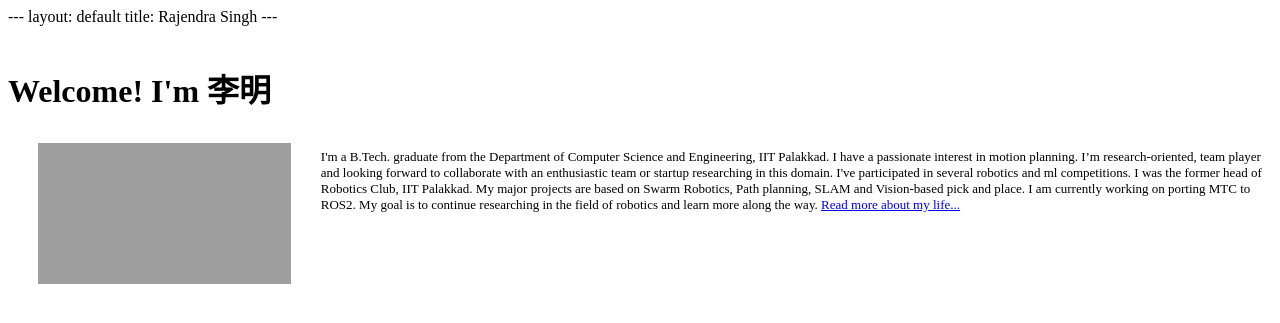
Repository: lm101845/lm101845.github.io
Page: index.html
An editor plug-in stored every save of this project. The page is shown before and after the next save, followed by the edit.
The browser window is 1280 px wide. The pictures show the whole page.
Pictures or frames that could not be fetched are drawn as grey boxes.

Above is the page before, as saved 2021-08-07 16:21:33.

After the next save:
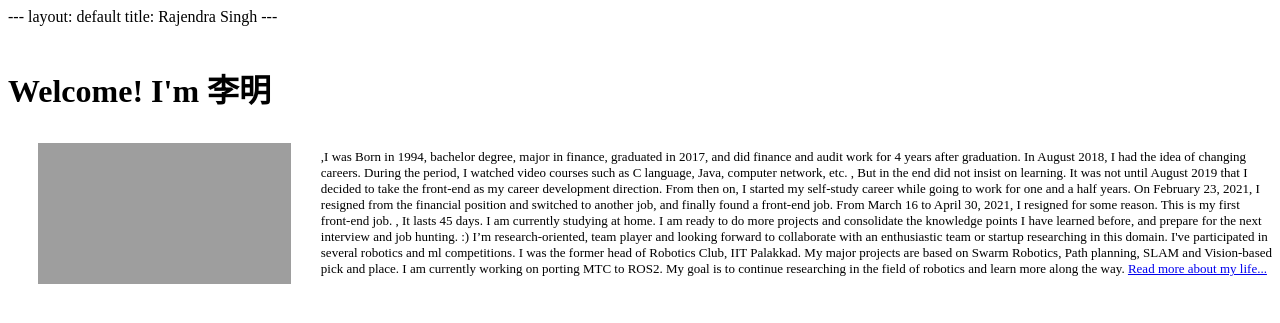
Saved 40 s later.
--- a/index.html
+++ b/index.html
@@ -1,7 +1,7 @@
 <!--
  * @Author: liming
  * @Date: 2021-08-07 15:46:06
- * @LastEditTime: 2021-08-07 16:21:32
+ * @LastEditTime: 2021-08-07 16:22:13
  * @FilePath: \lm101845.github.io\index.html
 -->
 ---
@@ -13,8 +13,15 @@ title: Rajendra Singh
 	<h1> Welcome!  I'm 李明</h1>
 <!-- 	height="230" width="185" -->
 	<font size="2.5"><p><img src="images/Profile_round_faceapp.png" style='height: 20%; width: 20%' align="left" border="0" HSPACE="30" VSPACE="10" />
-		<br/>I'm a B.Tech. graduate from the Department of Computer Science and Engineering, IIT Palakkad.
-		I have a passionate interest in motion planning.
+		<br/>,I was Born in 1994, bachelor degree, major in finance, graduated in 2017, and did finance and audit work for 4 years after graduation.
+
+In August 2018, I had the idea of changing careers. During the period, I watched video courses such as C language, Java, computer network, etc. , But in the end did not insist on learning.
+
+It was not until August 2019 that I decided to take the front-end as my career development direction. From then on, I started my self-study career while going to work for one and a half years.
+
+On February 23, 2021, I resigned from the financial position and switched to another job, and finally found a front-end job. From March 16 to April 30, 2021, I resigned for some reason. This is my first front-end job. , It lasts 45 days.
+
+I am currently studying at home. I am ready to do more projects and consolidate the knowledge points I have learned before, and prepare for the next interview and job hunting. :)
 <!-- 		I'm passionate about vision-based robotics. -->
 		I’m research-oriented, team player and looking forward to collaborate with an enthusiastic team or startup researching in this domain.
 		I've participated in several robotics and ml competitions. I was the former head of Robotics Club, IIT Palakkad.
